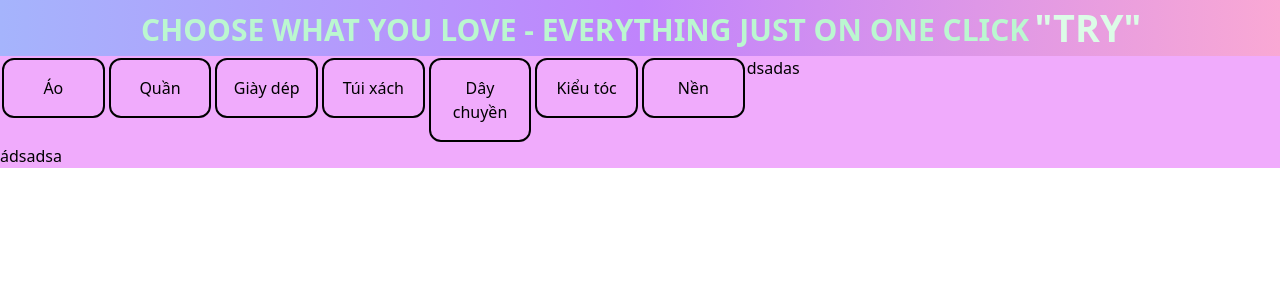
Repository: NguyenVietPhuQuy/ReactJs-TailWind-Redux-FunctionHook-ModelDesign
Page: / (app in modeldesign/)
These files come from the project's save history. The page is drawn as it stood at one moment and after the next save; the edit follows.
The browser window is 1280 px wide. The pictures show the whole page.
The project was rebuilt for these pictures with package versions that can differ from the ones it lists, and the page was loaded fresh each time. Also part of the build but not shown: modeldesign/src/App.css.

Above is the page before, as saved 2022-11-17 13:32:22.

### modeldesign/public/index.html
<!DOCTYPE html>
<html lang="en">
  <head>
    <meta charset="utf-8" />
    <link rel="icon" href="%PUBLIC_URL%/favicon.ico" />
    <meta name="viewport" content="width=device-width, initial-scale=1" />
    <meta name="theme-color" content="#000000" />
    <meta
      name="description"
      content="Web site created using create-react-app"
    />
    <!--bootstrap-->
    <link rel="stylesheet" href="https://cdnjs.cloudflare.com/ajax/libs/bootstrap/5.2.2/js/bootstrap.min.js">
    <link rel="apple-touch-icon" href="%PUBLIC_URL%/logo192.png" />
    <!--
      manifest.json provides metadata used when your web app is installed on a
      user's mobile device or desktop. See https://developers.google.com/web/fundamentals/web-app-manifest/
    -->
    <link rel="manifest" href="%PUBLIC_URL%/manifest.json" />
    <!--
      Notice the use of %PUBLIC_URL% in the tags above.
      It will be replaced with the URL of the `public` folder during the build.
      Only files inside the `public` folder can be referenced from the HTML.

      Unlike "/favicon.ico" or "favicon.ico", "%PUBLIC_URL%/favicon.ico" will
      work correctly both with client-side routing and a non-root public URL.
      Learn how to configure a non-root public URL by running `npm run build`.
    -->
    <title>React App</title>
  </head>
  <body>
    <noscript>You need to enable JavaScript to run this app.</noscript>
    <div id="root"></div>
    <!--
      This HTML file is a template.
      If you open it directly in the browser, you will see an empty page.

      You can add webfonts, meta tags, or analytics to this file.
      The build step will place the bundled scripts into the <body> tag.

      To begin the development, run `npm start` or `yarn start`.
      To create a production bundle, use `npm run build` or `yarn build`.
    -->
  </body>
</html>

### modeldesign/src/index.js
import React from 'react';
import ReactDOM from 'react-dom/client';
import './index.css';
import App from './App';
import reportWebVitals from './reportWebVitals';
import {Provider} from 'react-redux'
import store from './Components/Reducer/Store';
const root = ReactDOM.createRoot(document.getElementById('root'));
root.render(
  <React.StrictMode>
    <Provider store ={store}>
    <App/>
    </Provider>
  </React.StrictMode>
);

// If you want to start measuring performance in your app, pass a function
// to log results (for example: reportWebVitals(console.log))
// or send to an analytics endpoint. Learn more: https://bit.ly/CRA-vitals
reportWebVitals();

### modeldesign/src/App.js
import React from 'react';
import './App.css';
import Home from './Components/Home.js'
function App() {
  return (
    <div>
      <Home/>
    </div>
  );
}

export default App;

### modeldesign/src/Components/Reducer/Store.js
import {createStore} from "redux"
import rootReducer from "./RootReducer"

const store = createStore(rootReducer,window.__REDUX_DEVTOOLS_EXTENSION__ && window.__REDUX_DEVTOOLS_EXTENSION__())
export default store

### modeldesign/src/Components/Home.js
import React from "react";
import Header from './Header.js'
import Category from "./Category.js";
import ProductList from "./ProductList.js";
import Model from "./Model.js";
function Home() {
    return (
        <div className="container mx-auto relative bg-fuchsia-300">
            <section className=
            " bg-gradient-to-r from-indigo-300 via-purple-400 to-pink-300 w-full ring-2 ring-transparent">
                    <Header/>
            </section>
            <section className="main flex flex-row">
                <div className="basis-7/12">
                    <Category/>
                    <ProductList/>
                </div>
                <div className="basis-5/12">
                    <Model />
                </div>
            </section>
        </div>
    )
}
export default Home

### modeldesign/src/Components/Reducer/RootReducer.js
import { combineReducers } from "redux";
import ProductReducer from './ProductReducer'
import CategoryReducer from './CategoryReducer'

const RootReducer = combineReducers({
    products: ProductReducer,
    categories: CategoryReducer,

})

export default RootReducer

### modeldesign/src/Components/Header.js
import React from "react";
import 'animate.css'
function Header(){
    return (
        <div className="text-center text-3xl p-2 font-semibold text-green-200 ">
            CHOOSE WHAT YOU LOVE - EVERYTHING JUST ON ONE CLICK <span className="text-green-100 font-bold text-4xl animate__animated animate__pulse animate__infinite inline-block">"TRY" </span>
        </div>
    )
}
export default Header

### modeldesign/src/Components/Category.js
import React from "react";
import { useSelector } from 'react-redux'


function Category(props) {
    const returnValue = useSelector(state => state.categories.category)
    return (
        <div className=" flex flex-row w-full">
            {returnValue.map((item) => {
                return (
                    <div className="w-1/2" style={{margin:2}}>
                        <button className="p-4 w-full rounded-xl "  style={{ border: "2px solid black"}} >{item.showName}</button>
                    </div>
                )
            })}
        </div>
    )
}

export default Category

### modeldesign/src/Components/ProductList.js
import React from "react";
function ProductList(){
    return(<div>
ádsadsa
    </div>)
}
export default ProductList

### modeldesign/src/Components/Model.js
import React from "react";
function Model(){
    return(<div>
        dsadas
    </div>)
}
export default Model

### modeldesign/src/Components/Reducer/ProductReducer.js

const initialState = {
    product: [{
        id: 'topcloth_1',
        type: "topclothes",
        name: "Top Cloth 1",
        desc: "Lorem ipsum dolor, sit amet consectetur adipisicing elit. Aliquid, nulla.",
        imgSrc_jpg: 'images/clothes/topcloth1_show.jpg',
        imgSrc_png: 'images/clothes/topcloth1.png',
    },
    {
        id: 'topcloth_2',
        type: "topclothes",
        name: "Top Cloth 2",
        desc: "Lorem ipsum dolor, sit amet consectetur adipisicing elit. Aliquid, nulla.",
        imgSrc_jpg: 'images/clothes/topcloth2_show.jpg',
        imgSrc_png: 'images/clothes/topcloth2.png',
    },
    {
        id: 'topcloth_3',
        type: "topclothes",
        name: "Top Cloth 3",
        desc: "Lorem ipsum dolor, sit amet consectetur adipisicing elit. Aliquid, nulla.",
        imgSrc_jpg: 'images/clothes/topcloth3_show.jpg',
        imgSrc_png: 'images/clothes/topcloth3.png',
    },
    {
        id: 'topcloth_4',
        type: "topclothes",
        name: "Top Cloth 4",
        desc: "Lorem ipsum dolor, sit amet consectetur adipisicing elit. Aliquid, nulla.",
        imgSrc_jpg: 'images/clothes/topcloth4_show.jpg',
        imgSrc_png: 'images/clothes/topcloth4.png',
    },
    {
        id: 'topcloth_5',
        type: "topclothes",
        name: "Top Cloth 5",
        desc: "Lorem ipsum dolor, sit amet consectetur adipisicing elit. Aliquid, nulla.",
        imgSrc_jpg: 'images/clothes/topcloth5_show.jpg',
        imgSrc_png: 'images/clothes/topcloth5.png',
    },
    {
        id: 'topcloth_6',
        type: "topclothes",
        name: "Top Cloth ",
        desc: "Lorem ipsum dolor, sit amet consectetur adipisicing elit. Aliquid, nulla.",
        imgSrc_jpg: 'images/clothes/topcloth6_show.jpg',
        imgSrc_png: 'images/clothes/topcloth6.png',
    },

    // Both clothes
    {
        id: 'botcloth_1',
        type: "botclothes",
        name: "Bot Cloth 1",
        desc: "Lorem ipsum dolor, sit amet consectetur adipisicing elit. Aliquid, nulla.",
        imgSrc_jpg: 'images/clothes/botcloth1_show.jpg',
        imgSrc_png: 'images/clothes/botcloth1.png',
    },
    {
        id: 'botcloth_2',
        type: "botclothes",
        name: "Bot Cloth 2",
        desc: "Lorem ipsum dolor, sit amet consectetur adipisicing elit. Aliquid, nulla.",
        imgSrc_jpg: 'images/clothes/botcloth2_show.jpg',
        imgSrc_png: 'images/clothes/botcloth2.png',
    },
    {
        id: 'botcloth_3',
        type: "botclothes",
        name: "Bot Cloth 3",
        desc: "Lorem ipsum dolor, sit amet consectetur adipisicing elit. Aliquid, nulla.",
        imgSrc_jpg: 'images/clothes/botcloth3_show.jpg',
        imgSrc_png: 'images/clothes/botcloth3.png',
    },
    {
        id: 'botcloth_4',
        type: "botclothes",
        name: "Bot Cloth 4",
        desc: "Lorem ipsum dolor, sit amet consectetur adipisicing elit. Aliquid, nulla.",
        imgSrc_jpg: 'images/clothes/botcloth4_show.jpg',
        imgSrc_png: 'images/clothes/botcloth4.png',
    },
    {
        id: 'botcloth_5',
        type: "botclothes",
        name: "Bot Cloth 5",
        desc: "Lorem ipsum dolor, sit amet consectetur adipisicing elit. Aliquid, nulla.",
        imgSrc_jpg: 'images/clothes/botcloth5_show.jpg',
        imgSrc_png: 'images/clothes/botcloth5.png',
    },

    // Shoes
    {
        id: 'shoes_1',
        type: "shoes",
        name: "Shoes 1",
        desc: "Lorem ipsum dolor, sit amet consectetur adipisicing elit. Aliquid, nulla.",
        imgSrc_jpg: 'images/shoes/shoes1_show.jpg',
        imgSrc_png: 'images/shoes/shoes1.png',
    },
    {
        id: 'shoes_2',
        type: "shoes",
        name: "Shoes 2",
        desc: "Lorem ipsum dolor, sit amet consectetur adipisicing elit. Aliquid, nulla.",
        imgSrc_jpg: 'images/shoes/shoes2_show.jpg',
        imgSrc_png: 'images/shoes/shoes2.png',
    },
    {
        id: 'shoes_3',
        type: "shoes",
        name: "Shoes 3",
        desc: "Lorem ipsum dolor, sit amet consectetur adipisicing elit. Aliquid, nulla.",
        imgSrc_jpg: 'images/shoes/shoes3_show.jpg',
        imgSrc_png: 'images/shoes/shoes3.png',
    },
    {
        id: 'shoes_4',
        type: "shoes",
        name: "Shoes 4",
        desc: "Lorem ipsum dolor, sit amet consectetur adipisicing elit. Aliquid, nulla.",
        imgSrc_jpg: 'images/shoes/shoes4_show.jpg',
        imgSrc_png: 'images/shoes/shoes4.png',
    },
    {
        id: 'shoes_5',
        type: "shoes",
        name: "Shoes 5",
        desc: "Lorem ipsum dolor, sit amet consectetur adipisicing elit. Aliquid, nulla.",
        imgSrc_jpg: 'images/shoes/shoes5_show.jpg',
        imgSrc_png: 'images/shoes/shoes5.png',
    },

    // Handbags
    {
        id: 'handbag_1',
        type: "handbags",
        name: "Handbag 1",
        desc: "Lorem ipsum dolor, sit amet consectetur adipisicing elit. Aliquid, nulla.",
        imgSrc_jpg: 'images/handbags/handbag1_show.jpg',
        imgSrc_png: 'images/handbags/handbag1.png',
    },
    {
        id: 'handbag_2',
        type: "handbags",
        name: "Handbag 2",
        desc: "Lorem ipsum dolor, sit amet consectetur adipisicing elit. Aliquid, nulla.",
        imgSrc_jpg: 'images/handbags/handbag2_show.jpg',
        imgSrc_png: 'images/handbags/handbag2.png',
    },
    {
        id: 'handbag_3',
        type: "handbags",
        name: "Handbag 3",
        desc: "Lorem ipsum dolor, sit amet consectetur adipisicing elit. Aliquid, nulla.",
        imgSrc_jpg: 'images/handbags/handbag3_show.jpg',
        imgSrc_png: 'images/handbags/handbag3.png',
    },

    // Necklaces
    {
        id: 'necklace_1',
        type: "necklaces",
        name: "Necklace 1",
        desc: "Lorem ipsum dolor, sit amet consectetur adipisicing elit. Aliquid, nulla.",
        imgSrc_jpg: 'images/necklaces/necklace1_show.jpg',
        imgSrc_png: 'images/necklaces/necklace1.png',
    },
    {
        id: 'necklace_2',
        type: "necklaces",
        name: "Necklace 2",
        desc: "Lorem ipsum dolor, sit amet consectetur adipisicing elit. Aliquid, nulla.",
        imgSrc_jpg: 'images/necklaces/necklace2_show.jpg',
        imgSrc_png: 'images/necklaces/necklace2.png',
    },
    {
        id: 'necklace_3',
        type: "necklaces",
        name: "Necklace 3",
        desc: "Lorem ipsum dolor, sit amet consectetur adipisicing elit. Aliquid, nulla.",
        imgSrc_jpg: 'images/necklaces/necklace3_show.jpg',
        imgSrc_png: 'images/necklaces/necklace3.png',
    },

    // Hairstyle
    {
        id: 'hairstyle_1',
        type: "hairstyle",
        name: "Hairstyle 1",
        desc: "Lorem ipsum dolor, sit amet consectetur adipisicing elit. Aliquid, nulla.",
        imgSrc_jpg: 'images/hairstyle/hairstyle1_show.jpg',
        imgSrc_png: 'images/hairstyle/hairstyle1.png',
    },
    {
        id: 'hairstyle_2',
        type: "hairstyle",
        name: "Hairstyle 2",
        desc: "Lorem ipsum dolor, sit amet consectetur adipisicing elit. Aliquid, nulla.",
        imgSrc_jpg: 'images/hairstyle/hairstyle2_show.jpg',
        imgSrc_png: 'images/hairstyle/hairstyle2.png',
    },
    {
        id: 'hairstyle_3',
        type: "hairstyle",
        name: "Hairstyle 3",
        desc: "Lorem ipsum dolor, sit amet consectetur adipisicing elit. Aliquid, nulla.",
        imgSrc_jpg: 'images/hairstyle/hairstyle3_show.jpg',
        imgSrc_png: 'images/hairstyle/hairstyle3.png',
    },

    // Background
    {
        id: 'background_1',
        type: "background",
        name: "Background 1",
        desc: "Lorem ipsum dolor, sit amet consectetur adipisicing elit. Aliquid, nulla.",
        imgSrc_jpg: 'images/background/background1_show.jpg',
        imgSrc_png: 'images/background/background1.jpg',
    },
    {
        id: 'background_2',
        type: "background",
        name: "Background 2",
        desc: "Lorem ipsum dolor, sit amet consectetur adipisicing elit. Aliquid, nulla.",
        imgSrc_jpg: 'images/background/background2_show.jpg',
        imgSrc_png: 'images/background/background2.jpg',
    },
    {
        id: 'background_3',
        type: "background",
        name: "Background 3",
        desc: "Lorem ipsum dolor, sit amet consectetur adipisicing elit. Aliquid, nulla.",
        imgSrc_jpg: 'images/background/background3_show.jpg',
        imgSrc_png: 'images/background/background3.jpg',
    },
    {
        id: 'background_4',
        type: "background",
        name: "Background 4",
        desc: "Lorem ipsum dolor, sit amet consectetur adipisicing elit. Aliquid, nulla.",
        imgSrc_jpg: 'images/background/background4_show.jpg',
        imgSrc_png: 'images/background/background4.jpg',
    },
    {
        id: 'background_5',
        type: "background",
        name: "Background 5",
        desc: "Lorem ipsum dolor, sit amet consectetur adipisicing elit. Aliquid, nulla.",
        imgSrc_jpg: 'images/background/background5_show.jpg',
        imgSrc_png: 'images/background/background5.jpg',
    },
    {
        id: 'background_6',
        type: "background",
        name: "Background 6",
        desc: "Lorem ipsum dolor, sit amet consectetur adipisicing elit. Aliquid, nulla.",
        imgSrc_jpg: 'images/background/background6_show.jpg',
        imgSrc_png: 'images/background/background6.jpg',
    },
    {
        id: 'background_7',
        type: "background",
        name: "Background 7",
        desc: "Lorem ipsum dolor, sit amet consectetur adipisicing elit. Aliquid, nulla.",
        imgSrc_jpg: 'images/background/background7_show.jpg',
        imgSrc_png: 'images/background/background7.jpg',
    },
    ],
}
const ProductReducer = (state = initialState) => {
    return state
}

export default ProductReducer

### modeldesign/src/Components/Reducer/CategoryReducer.js
const initialState ={
    category: [
        { tabName: 'tabTopClothes', showName: 'Áo', type: 'topclothes' },
        { tabName: 'tabBotClothes', showName: 'Quần', type: 'botclothes' },
        { tabName: 'tabShoes', showName: 'Giày dép', type: 'shoes' },
        { tabName: 'tabHandBags', showName: 'Túi xách', type: 'handbags' },
        { tabName: 'tabNecklaces', showName: 'Dây chuyền', type: 'necklaces' },
        { tabName: 'tabHairStyle', showName: 'Kiểu tóc', type: 'hairstyle' },
        { tabName: 'tabBackground', showName: 'Nền', type: 'background' }
    ]
}
const CategoryReducer = (state=initialState) =>{
    return state
}
export default CategoryReducer

Loaded but not shown: modeldesign/src/index.css (common file); modeldesign/src/reportWebVitals.js (common file); modeldesign/tailwind.config.js (common file)

After the next save:
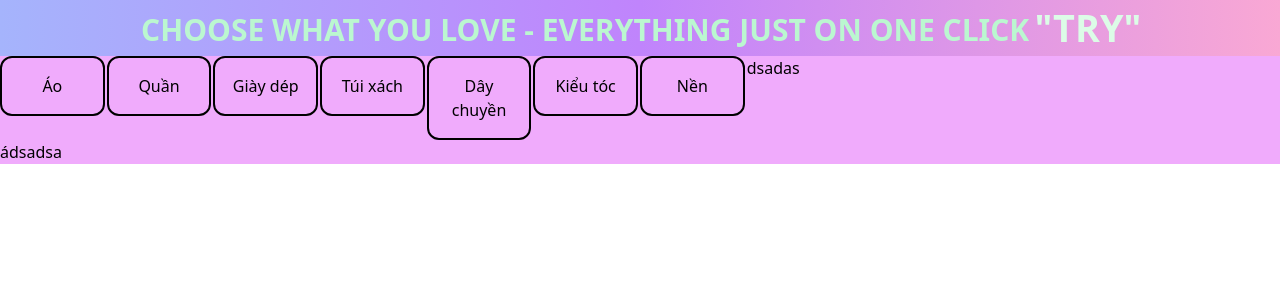
Saved 23 s later.
--- a/modeldesign/src/Components/Category.js
+++ b/modeldesign/src/Components/Category.js
@@ -8,7 +8,7 @@
         <div className=" flex flex-row w-full">
             {returnValue.map((item) => {
                 return (
-                    <div className="w-1/2" style={{margin:2}}>
+                    <div className="w-1/2" style={{marginRight:2}}>
                         <button className="p-4 w-full rounded-xl "  style={{ border: "2px solid black"}} >{item.showName}</button>
                     </div>
                 )

After the save that followed:
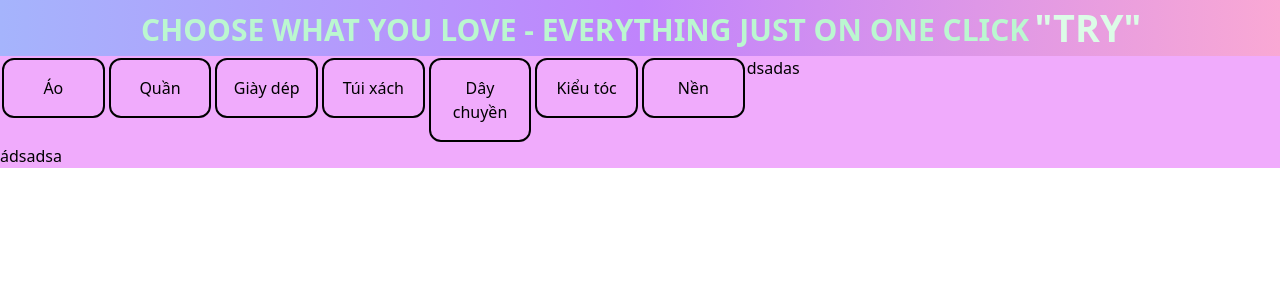
Saved 10 s later.
--- a/modeldesign/src/Components/Category.js
+++ b/modeldesign/src/Components/Category.js
@@ -8,7 +8,7 @@
         <div className=" flex flex-row w-full">
             {returnValue.map((item) => {
                 return (
-                    <div className="w-1/2" style={{marginRight:2}}>
+                    <div className="w-1/2" style={{margin:2}}>
                         <button className="p-4 w-full rounded-xl "  style={{ border: "2px solid black"}} >{item.showName}</button>
                     </div>
                 )
